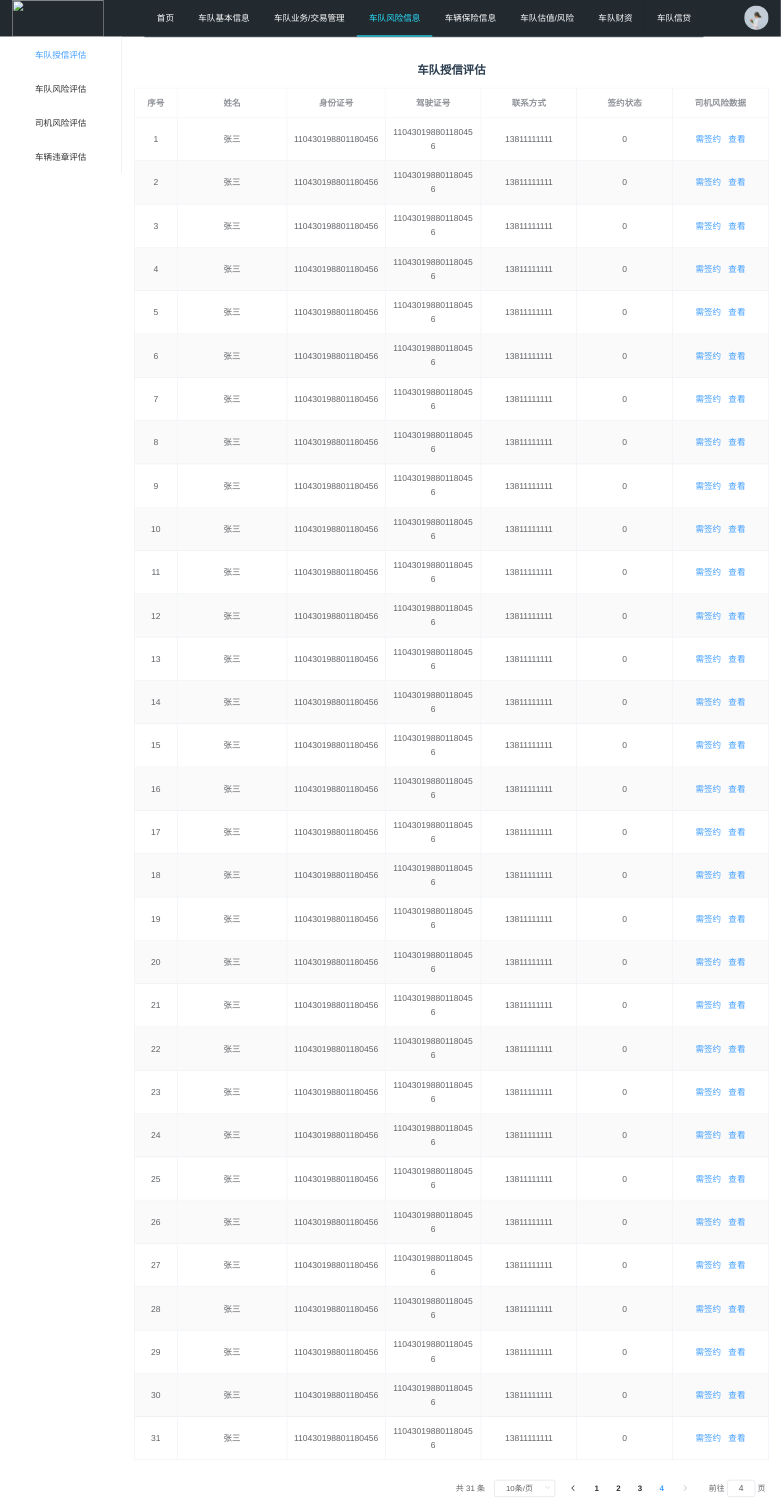
Repository: TheWomanLiketheWind/woodpecker
Page: /
These files come from the project's save history. The page is drawn as it stood at one moment and after the next save; the edit follows.
The browser window is 1280 px wide. The pictures show the whole page, at 61% of full size.
The project was rebuilt for these pictures with package versions that can differ from the ones it lists, and the page was loaded fresh each time. Also part of the build but not shown: src/views/menuThird.vue.

Above is the page before, as saved 2019-07-25 21:13:12.

### public/index.html
<!DOCTYPE html>
<html lang="en">
  <head>
    <meta charset="utf-8">
    <meta http-equiv="X-UA-Compatible" content="IE=edge">
    <meta name="viewport" content="width=device-width,initial-scale=1.0">
    <link rel="icon" href="<%= BASE_URL %>favicon.ico">
    <title>woodpecker</title>
  </head>
  <body>
    <noscript>
      <strong>We're sorry but woodpecker doesn't work properly without JavaScript enabled. Please enable it to continue.</strong>
    </noscript>
    <div id="app"></div>
    <!-- built files will be auto injected -->
  </body>
</html>

### src/App.vue
<template>
  <div id="app">
    <router-view />
  </div>
</template>

<style lang="scss">
#app {
  font-family: "Avenir", Helvetica, Arial, sans-serif;
  -webkit-font-smoothing: antialiased;
  -moz-osx-font-smoothing: grayscale;
  text-align: center;
  color: #2c3e50;
  .el-header {
    display: flex;
    justify-content: space-between;
    align-items: center;
  }
}
#nav {
  padding: 30px;
  a {
    font-weight: bold;
    color: #2c3e50;
    &.router-link-exact-active {
      color: #42b983;
    }
  }
}
body {
  margin: 0;
}
</style>

### src/router.ts
import Vue from 'vue'
import Router from 'vue-router'
import Home from './views/Home.vue'
Vue.use(Router)

export default new Router({
  mode: 'history',
  base: process.env.BASE_URL,
  routes: [
    {
      path: '/',
      name: 'home',
      component: Home,
      children: [
        {
          path: '/',
          name: 'menuSecond',
          children: [
            {
              path: '/',
              name: 'menuThird',
              component: () =>
                import(/* webpackChunkName: "about" */ './views/menuThird.vue')
            }
          ],
          component: () =>
            import(/* webpackChunkName: "about" */ './views/menuSecond.vue')
        }
      ]
    }
  ]
})

### src/views/Home.vue
<template>
  <el-container>
    <el-header class="headerAll">
      <img src=""
           class="headImage">
      <el-menu :default-active="activeIndex"
               class="el-menu-demo"
               mode="horizontal"
               background-color="#222a30"
               text-color="#fff"
               active-text-color="#29e2fe"
               @select="handleSelect">
        <el-menu-item v-for="(item, index) in menuList"
                      :key="index"
                      :index="item.index"
                      v-on:listenToChildEvent="menuClick">{{item.name}}</el-menu-item>
      </el-menu>

      <el-dropdown>
        <img src="../assets/headImage.jpg"
             class="drophead" />
        <el-dropdown-menu slot="dropdown">
          <el-dropdown-item>个人信息</el-dropdown-item>
          <el-dropdown-item>退出</el-dropdown-item>
        </el-dropdown-menu>
      </el-dropdown>
    </el-header>
    <!-- <router-link to="/menuSecond">点击跳转</router-link> -->
    <router-view />
  </el-container>
</template>

<script lang="ts">
import { Component, Vue } from "vue-property-decorator";

@Component({
  components: {}
})
export default class Home extends Vue {
  data() {
    return {
      activeIndex: "4",
      menuList: [
        {
          name: "首页",
          index: "1",
          link: ""
        },
        {
          name: "车队基本信息",
          index: "2",
          link: ""
        },
        {
          name: "车队业务/交易管理",
          index: "3",
          link: ""
        },
        {
          name: "车队风险信息",
          index: "4",
          link: ""
        },
        {
          name: "车辆保险信息",
          index: "5",
          link: ""
        },
        {
          name: "车队估值/风险",
          index: "6",
          link: ""
        },
        {
          name: "车队财资",
          index: "7",
          link: ""
        },
        {
          name: "车队信贷",
          index: "8",
          link: ""
        }
      ]
    };
  }

  private handleSelect(key: any, keyPath: any) {
    console.log(key, keyPath);
  }

  menuClick(data: any) {
    this.$router.push(data);
  }
}
</script>

<style lang="scss">
.headerAll {
  background: #222a30;
  .headImage {
    width: 150px;
    height: 100%;
    border: 0;
  }
  .drophead {
    width: 40px;
    height: 40px;
    border-radius: 50%;
  }
}
</style>

### src/views/menuSecond.vue
<template>
  <el-container>

    <el-aside width="200px">
      <el-menu :default-active="defaultActive"
               class="el-menu-vertical-demo"
               @select="handleSelect">
        <el-menu-item v-for="(item, index) in filesList.navigeList"
                      :key="index"
                      :index="item.index">
          <span slot="title">{{item.name}}</span>
        </el-menu-item>
      </el-menu>
    </el-aside>
    <el-main>
      <h3>{{filesList.navigeList[this.selectIndex].name}}</h3>
      <el-table :data="tableData"
                border
                stripe
                style="width: 100%">
        <el-table-column type="index"
                         label="序号"
                         width="70"
                         align="center">
        </el-table-column>
        <el-table-column prop="name"
                         label="姓名"
                         width="180"
                         align="center" />
        <el-table-column prop="cardId"
                         label="身份证号"
                         align="center" />
        <el-table-column prop="driveId"
                         label="驾驶证号"
                         align="center" />
        <el-table-column prop="tel"
                         label="联系方式"
                         align="center" />
        <el-table-column prop="signType"
                         label="签约状态"
                         align="center" />
        <el-table-column label="司机风险数据"
                         align="center">
          <template>
            <el-button type="text">需签约</el-button>
            <el-button type="text">查看</el-button>
          </template>
        </el-table-column>
      </el-table>
      <el-pagination @size-change="handleSizeChange"
                     @current-change="handleCurrentChange"
                     :current-page="currentPage4"
                     :page-sizes="[10, 20, 50, 100]"
                     :page-size="10"
                     layout="total, sizes, prev, pager, next, jumper"
                     :total="tableData.length">
      </el-pagination>
    </el-main>
  </el-container>

</template>

<script lang="ts">
import Vue from "vue";
import files from "../jsonFile";

export default Vue.extend({
  data() {
    return {
      filesList: files,
      selectIndex: 0,
      defaultActive: "1",
      currentPage4: 4,
      tableData: [
        {
          name: "张三",
          cardId: "110430198801180456",
          driveId: "110430198801180456",
          tel: "13811111111",
          signType: 0
        }
      ],
      tableObject: {
        name: "张三",
        cardId: "110430198801180456",
        driveId: "110430198801180456",
        tel: "13811111111",
        signType: 0
      }
    };
  },
  mounted() {
    this.defined();
  },
  methods: {
    defined() {
      for (let i = 0; i < 30; i++) {
        this.tableData.push(this.tableObject);
      }
    },
    handleSelect(key: String) {
      this.selectIndex = Number(key) - 1;
    },
    handleSizeChange(val: Number) {
      console.log(`每页 ${val} 条`);
    },
    handleCurrentChange(val: Number) {
      console.log(`当前页: ${val}`);
    }
  }
});
</script>


<style lang="scss">
.el-pagination {
  margin-top: 30px;
  float: right;
}
</style>

### src/jsonFile.ts
const fileObject = {
  navigeList: [
    {
      name: '车队授信评估',
      index: '1'
    },
    {
      name: '车队风险评估',
      index: '2'
    },
    {
      name: '司机风险评估',
      index: '3'
    },
    {
      name: '车辆违章评估',
      index: '4'
    }
  ]
}

export default fileObject

Loaded but not shown: src/main.ts (common file); src/store.ts (common file)

After the next save:
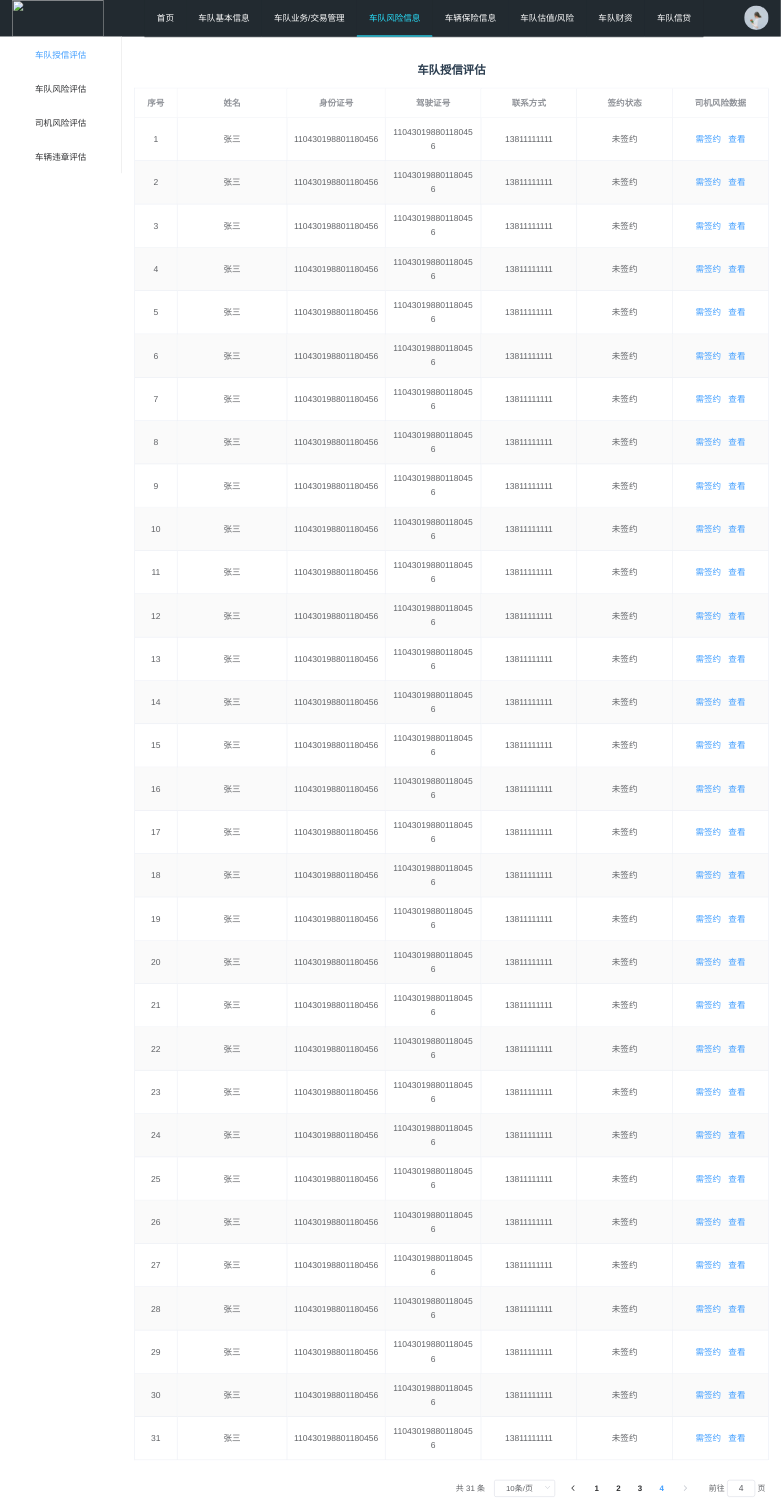
Saved 2 min 22 s later.
--- a/src/views/menuSecond.vue
+++ b/src/views/menuSecond.vue
@@ -38,7 +38,11 @@
                          align="center" />
         <el-table-column prop="signType"
                          label="签约状态"
-                         align="center" />
+                         align="center">
+          <template slot-scope="scope">
+            {{scope.row.signType === 0?'未签约':'已签约'}}
+          </template>
+        </el-table-column>
         <el-table-column label="司机风险数据"
                          align="center">
           <template>
